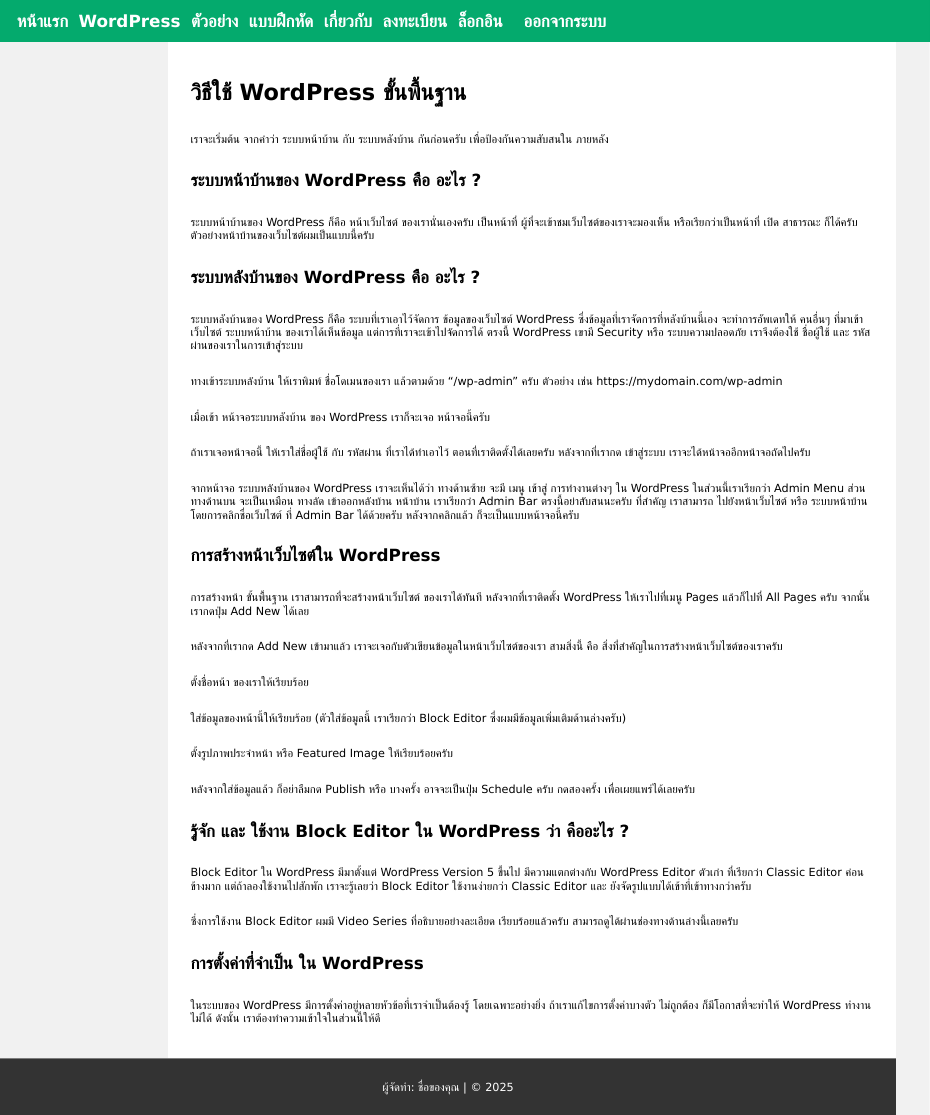
Repository: staggil/thesis
Page: lessons/js-basic.html
An editor plug-in stored every save of this project. The page is shown before and after the next save, followed by the edit.
The browser window is 1280 px wide. The page is 1328 px wide, so the pictures cover 1328 px, including what lies to the right of the window. The pictures show the part of the page from y = 0 to 1840 px (the page is 1593 px tall before and 3077 px after), at 70% of full size.
The page's requests for data from a server got no answer.

Above is the page before, as saved 2025-12-16 09:44:54.

### lessons/js-basic.html
<!DOCTYPE html>
<html lang="th">
<head>
    <meta charset="UTF-8">
    <meta name="viewport" content="width=device-width, initial-scale=1.0">
    <title>การเขียน Blog</title>
    <link rel="stylesheet" href="/style.css">
    <script src="/script.js" defer></script>
</head>
<body>

    <!-- header -->
    <div id="header-placeholder"></div>




<div class="layout">
    <!-- content -->
    <main id="main-content">
        <h1>วิธีใช้ WordPress ขั้นพื้นฐาน</h1>
        <p>เราจะเริ่มต้น จากคำว่า ระบบหน้าบ้าน กับ ระบบหลังบ้าน กันก่อนครับ เพื่อป้องกันความสับสนใน ภายหลัง</p>
        <h2>ระบบหน้าบ้านของ WordPress คือ อะไร ?</h2>
            <p>ระบบหน้าบ้านของ WordPress ก็คือ หน้าเว็บไซต์ ของเรานั่นเองครับ เป็นหน้าที่
            ผู้ที่จะเข้าชมเว็บไซต์ของเราจะมองเห็น หรือเรียกว่าเป็นหน้าที่ เปิด สาธารณะ ก็ได้ครับ ตัวอย่างหน้าบ้านของเว็บไซต์ผมเป็นแบบนี้ครับ</p>
        <h2>ระบบหลังบ้านของ WordPress คือ อะไร ?</h2>



            <p>ระบบหลังบ้านของ WordPress ก็คือ ระบบที่เราเอาไว้จัดการ ข้อมูลของเว็บไซต์ WordPress ซึ่งข้อมูลที่เราจัดการที่หลังบ้านนี้เอง
                 จะทำการอัพเดทให้ คนอื่นๆ ที่มาเข้าเว็บไซต์ ระบบหน้าบ้าน ของเราได้เห็นข้อมูล แต่การที่เราจะเข้าไปจัดการได้ ตรงนี้ WordPress
                  เขามี Security หรือ ระบบความปลอดภัย เราจึงต้องใช้ ชื่อผู้ใช้ และ รหัสผ่านของเราในการเข้าสู่ระบบ</p>


            <p>ทางเข้าระบบหลังบ้าน ให้เราพิมพ์ ชื่อโดเมนของเรา แล้วตามด้วย “/wp-admin” ครับ ตัวอย่าง เช่น https://mydomain.com/wp-admin</p>

            <p>เมื่อเข้า หน้าจอระบบหลังบ้าน ของ WordPress เราก็จะเจอ หน้าจอนี้ครับ</p>
            <p>ถ้าเราเจอหน้าจอนี้ ให้เราใส่ชื่อผู้ใช้ กับ รหัสผ่าน ที่เราได้ทำเอาไว้ ตอนที่เราติดตั้งได้เลยครับ หลังจากที่เรากด เข้าสู่ระบบ เราจะได้หน้าจออีกหน้าจอถัดไปครับ</p>
            <p>จากหน้าจอ ระบบหลังบ้านของ WordPress เราจะเห็นได้ว่า ทางด้านซ้าย จะมี เมนู เข้าสู่ การทำงานต่างๆ ใน WordPress ในส่วนนี้เราเรียกว่า Admin Menu ส่วนทางด้านบน
             จะเป็นเหมือน ทางลัด เข้าออกหลังบ้าน หน้าบ้าน เราเรียกว่า Admin Bar ตรงนี้อย่าสับสนนะครับ ที่สำคัญ เราสามารถ ไปยังหน้าเว็บไซต์ หรือ ระบบหน้าบ้าน โดยการคลิกชื่อเว็บไซต์
              ที่ Admin Bar ได้ด้วยครับ หลังจากคลิกแล้ว ก็จะเป็นแบบหน้าจอนี้ครับ</p>

            <h2>การสร้างหน้าเว็บไซต์ใน WordPress</h2>
            <p>การสร้างหน้า ขั้นพื้นฐาน เราสามารถที่จะสร้างหน้าเว็บไซต์ ของเราได้ทันที หลังจากที่เราติดตั้ง WordPress
                ให้เราไปที่เมนู Pages แล้วก็ไปที่ All Pages ครับ จากนั้น เรากดปุ่ม Add New ได้เลย</p>
            <p>หลังจากที่เรากด Add New เข้ามาแล้ว เราจะเจอกับตัวเขียนข้อมูลในหน้าเว็บไซต์ของเรา สามสิ่งนี้ คือ สิ่งที่สำคัญในการสร้างหน้าเว็บไซต์ของเราครับ</p>
            <p>ตั้งชื่อหน้า ของเราให้เรียบร้อย</p>
            <p>ใส่ข้อมูลของหน้านี้ให้เรียบร้อย (ตัวใส่ข้อมูลนี้ เราเรียกว่า Block Editor ซึ่งผมมีข้อมูลเพิ่มเติมด้านล่างครับ)</p>
            <p>ตั้งรูปภาพประจำหน้า หรือ Featured Image ให้เรียบร้อยครับ</p>
            <p>หลังจากใส่ข้อมูลแล้ว ก็อย่าลืมกด Publish หรือ บางครั้ง อาจจะเป็นปุ่ม Schedule ครับ กดสองครั้ง เพื่อเผยแพร่ได้เลยครับ</p>

            <h2>รู้จัก และ ใช้งาน Block Editor ใน WordPress ว่า คืออะไร ?</h2>
            <p>Block Editor ใน WordPress มีมาตั้งแต่ WordPress Version 5 ขึ้นไป มีความแตกต่างกับ WordPress Editor ตัวเก่า ที่เรียกว่า Classic Editor ค่อนข้างมาก
                 แต่ถ้าลองใช้งานไปสักพัก เราจะรู้เลยว่า Block Editor ใช้งานง่ายกว่า Classic Editor และ ยังจัดรูปแบบได้เข้าที่เข้าทางกว่าครับ</p>
            <p>ซึ่งการใช้งาน Block Editor ผมมี Video Series ที่อธิบายอย่างละเอียด เรียบร้อยแล้วครับ สามารถดูได้ผ่านช่องทางด้านล่างนี้เลยครับ</p>

            <h2>การตั้งค่าที่จำเป็น ใน WordPress</h2>
            <p>ในระบบของ WordPress มีการตั้งค่าอยู่หลายหัวข้อที่เราจำเป็นต้องรู้ โดยเฉพาะอย่างยิ่ง
                ถ้าเราแก้ไขการตั้งค่าบางตัว ไม่ถูกต้อง ก็มีโอกาสที่จะทำให้ WordPress ทำงานไม่ได้ ดังนั้น เราต้องทำความเข้าใจในส่วนนี้ให้ดี</p>






    </main>
</div>

    <!-- footer -->
    <div id="footer-placeholder"></div>

</body>
</html>

### style.css
body {
    margin: 0;
    font-family: Verdana, Arial, sans-serif;
    background-color: #f1f1f1;
    min-height: 100vh;
    display: flex;
    flex-direction: column;
}

.page-wrapper {
    flex: 1;
    display: flex;
    flex-direction: column;
}


.app {
    min-height: 100vh;
    display: flex;
    flex-direction: column;
}


#header-placeholder {
    background-color: #04AA6D;
    color: white;
    padding: 16px 24px;
    font-size: 24px;
    font-weight: bold;
     position: sticky;  /* หรือ fixed ก็ได้ */
    top: 0;            /* ติดด้านบน */
    z-index: 1000;     /* อยู่เหนือ content */
    width: 100%;       /* เต็มความกว้างหน้าจอ */
}

.navbar ul {
    list-style: none;
    display: flex;
    gap: 15px;
    padding: 0;
    margin: 0;
}

.navbar ul li a {
    color: white;
    text-decoration: none;
}

/* =========================
   Sidebar
   ========================= */
.layout {
    flex: 1; /* ยืดเต็ม parent */
    display: flex;
    flex-direction: column;
}

#sidebar {
     position: fixed;
    top: 64px;
    left: 0;
    width: 220px;
    height: 100vh;       /* สูงเต็มหน้าจอ */
    overflow-y: auto;    /* scroll ภายใน sidebar */
    background-color: #e7e9eb;
    padding: 16px;
    z-index: 10;

}

#sidebar ul {
    list-style: none;
    padding: 0;
}

#sidebar ul li {
    margin-bottom: 10px;
}

#sidebar ul li a {
    text-decoration: none;
    color: #333;
    display: block;
    padding: 8px;
    border-radius: 4px;
    transition: background 0.3s;
}

#sidebar ul li a:hover {
    background-color: #ddd;
}

/* =========================
   Main Content
   ========================= */
#main-content {
    flex: 1; /* ยืดเต็ม layout */
    background-color: #fff;
    padding: 32px;
    margin-left: 240px;
    display: flex;
    flex-direction: column; /* ทำให้ child quiz-container ยืดได้ */
}

/* กรณีหน้า index.html ไม่มี sidebar */
body.index #main-content {
    margin-left: 0;
    max-width: 700px;        /* กว้างเท่ากับหน้าที่มี sidebar */
    margin: 0 auto;          /* จัด content กลางหน้า */
}

/* =========================
   Footer
   ========================= */
footer {
    background-color: #333;
    color: white;
    text-align: center;
    padding: 15px;
    position: relative;
    z-index: 100; /* สูงกว่า sidebar */
}

@media screen and (max-width: 768px) {
    .layout {
        flex-direction: column;
    }

    #sidebar {
        width: 100%;
        height: auto;
        position: relative;
    }

    #main-content {
        max-width: 100%;
        padding: 15px;
    }
}


/* =========================
   Empty sidebar
   ========================= */
#sidebar.empty-sidebar {
    background-color: #fff;   /* สีเดียวกับ container */
           /* คง padding เดิมถ้าอยากให้ layoutเหมือนหน้าที่มี sidebar */
    /* อย่าแก้ width หรือ float */
}

/* หน้า login ให้ layout อยู่กลางและสวยขึ้น */
body.login-page #main-content {
    max-width: 400px;       /* กว้างแค่พอ form */
    margin: 50px auto;      /* จัดกลางแนวนอนและเว้นบน */
    padding: 20px;
    background-color: #fff; /* เหมือน container */
    border-radius: 8px;
    box-shadow: 0 0 10px rgba(0,0,0,0.1);
}



/* หน้า register ให้ layout อยู่กลางเหมือน login */
body.register-page #main-content {
    max-width: 400px;          /* กว้างพอ form */
    margin: 50px auto;         /* จัดกลางหน้า */
    padding: 20px;
    background-color: #fff;    /* เหมือน container */
    border-radius: 8px;
    box-shadow: 0 0 10px rgba(0,0,0,0.1);
}

/* =========================
   Quiz
   ========================= */
#quiz-container {
    flex: 1; /* ยืดเต็ม main-content */
    background-color: #fff;
    display: flex;
    flex-direction: column;
}

#timer {
    font-size: 18px;
    margin-bottom: 10px;
}

.choices {
    display: grid;
    grid-template-columns: 1fr 1fr;
    gap: 15px;
    margin-top: 20px;
}

.choice {
    padding: 20px;
    font-size: 18px;
    color: white;
    border: none;
    border-radius: 8px;
    cursor: pointer;
}

.choice:hover {
    opacity: 0.9;
}

.red { background-color: #e21b3c; }
.blue { background-color: #1368ce; }
.yellow { background-color: #d89e00; }
.green { background-color: #26890c; }

### script.js
function loadComponent(filePath, elementId) {
    if (!filePath) return;
    const el = document.getElementById(elementId);
    if (!el) {
        console.error(`ไม่พบ element id="${elementId}"`);
        return;
    }
    fetch(filePath)
        .then(response => {
            if (!response.ok) throw new Error("ไม่พบไฟล์ " + filePath);
            return response.text();
        })
        .then(data => {
            el.innerHTML = data;

            // หลังโหลด header ให้ตรวจสอบ session
            if (elementId === "header-placeholder") {
                updateHeaderLoginStatus();
            }
        })
        .catch(error => console.error(error));
}

// ฟังก์ชันตรวจสอบ login
function updateHeaderLoginStatus() {
    fetch("/me")
        .then(res => res.json())
        .then(user => {
            if (user.username) {
                // login แล้ว
                document.querySelectorAll(".login-only").forEach(el => el.style.display = "none");
                document.querySelectorAll(".user-only").forEach(el => el.style.display = "block");
                document.getElementById("username-display").textContent = user.fullname;

                // เพิ่ม listener logout
                const logoutLink = document.getElementById("logout-link");
                if (logoutLink) {
                    logoutLink.addEventListener("click", async (e) => {
                        e.preventDefault();
                        await fetch("/logout", { method: "POST" });
                        updateHeaderLoginStatus(); // รีเฟรชเมนู
                        window.location.href = "/login.html";
                    });
                }

            } else {
                // ยังไม่ได้ login
                document.querySelectorAll(".login-only").forEach(el => el.style.display = "block");
                document.querySelectorAll(".user-only").forEach(el => el.style.display = "none");
            }
        })
        .catch(err => console.error(err));
}

document.addEventListener("DOMContentLoaded", function() {
    loadComponent("/components/header.html", "header-placeholder");
    loadComponent("/components/footer.html", "footer-placeholder");

    const sidebarFile = document.body.getAttribute("data-sidebar");
    loadComponent(sidebarFile, "sidebar-placeholder");

    // ตรวจสอบ exercise links หลังจากโหลด header เสร็จ
    const checkExerciseLinks = () => {
        const exerciseLinks = document.querySelectorAll("a[href^='/exercises/']");
        exerciseLinks.forEach(link => {
            link.addEventListener("click", async (e) => {
                e.preventDefault();
                const res = await fetch("/me");
                const user = await res.json();
                if (!user.username) {
                    const goLogin = confirm("คุณต้อง login ก่อนเข้าแบบฝึกหัด\nไปหน้า Login ตอนนี้หรือไม่?");
                    if (goLogin) window.location.href = "/login.html";
                } else {
                    window.location.href = link.href;
                }
            });
        });
    };

    // รอ header โหลดเสร็จแล้วค่อย bind
    const headerInterval = setInterval(() => {
        if (document.getElementById("header-placeholder").children.length > 0) {
            clearInterval(headerInterval);
            checkExerciseLinks();
        }
    }, 50);
});

### components/header.html
<header>
   <nav class="navbar">
        <ul id="nav-items">
            <li><a href="/index.html">หน้าแรก</a></li>
            <li><a href="/lessons/intro.html">WordPress</a></li>
            <li><a href="/examples/draw-rect.html">ตัวอย่าง</a></li>
            <li><a href="/exercises/exercise1.html">แบบฝึกหัด</a></li>
            <li><a href="/about/about.html">เกี่ยวกับ</a></li>
            <li class="login-only"><a href="/register.html">ลงทะเบียน</a></li>
            <li class="login-only"><a href="/login.html">ล็อกอิน</a></li>
            <li class="user-only"><span id="username-display"></span></li>
            <li class="user-only"><a href="#" id="logout-link">ออกจากระบบ</a></li>
        </ul>
    </nav>
</header>

### components/footer.html
<footer>
    <p>ผู้จัดทำ: ชื่อของคุณ | © 2025</p>
</footer>

### components/sidebar.html
<aside id="sidebar">
    <ul>
        <li><a href="/lessons/intro.html">แนะนำ</a></li>
        <li><a href="/lessons/basic.html">พื้นฐาน</a></li>
        <li><a href="/lessons/js-basic.html">เขียน Blog</a></li>
        <li><a href="/lessons/canvas.html">Canvas</a></li>
        <li><a href="/lessons/game1.html">เกมตัวอย่าง</a></li>
    </ul>
</aside>

After the next save:
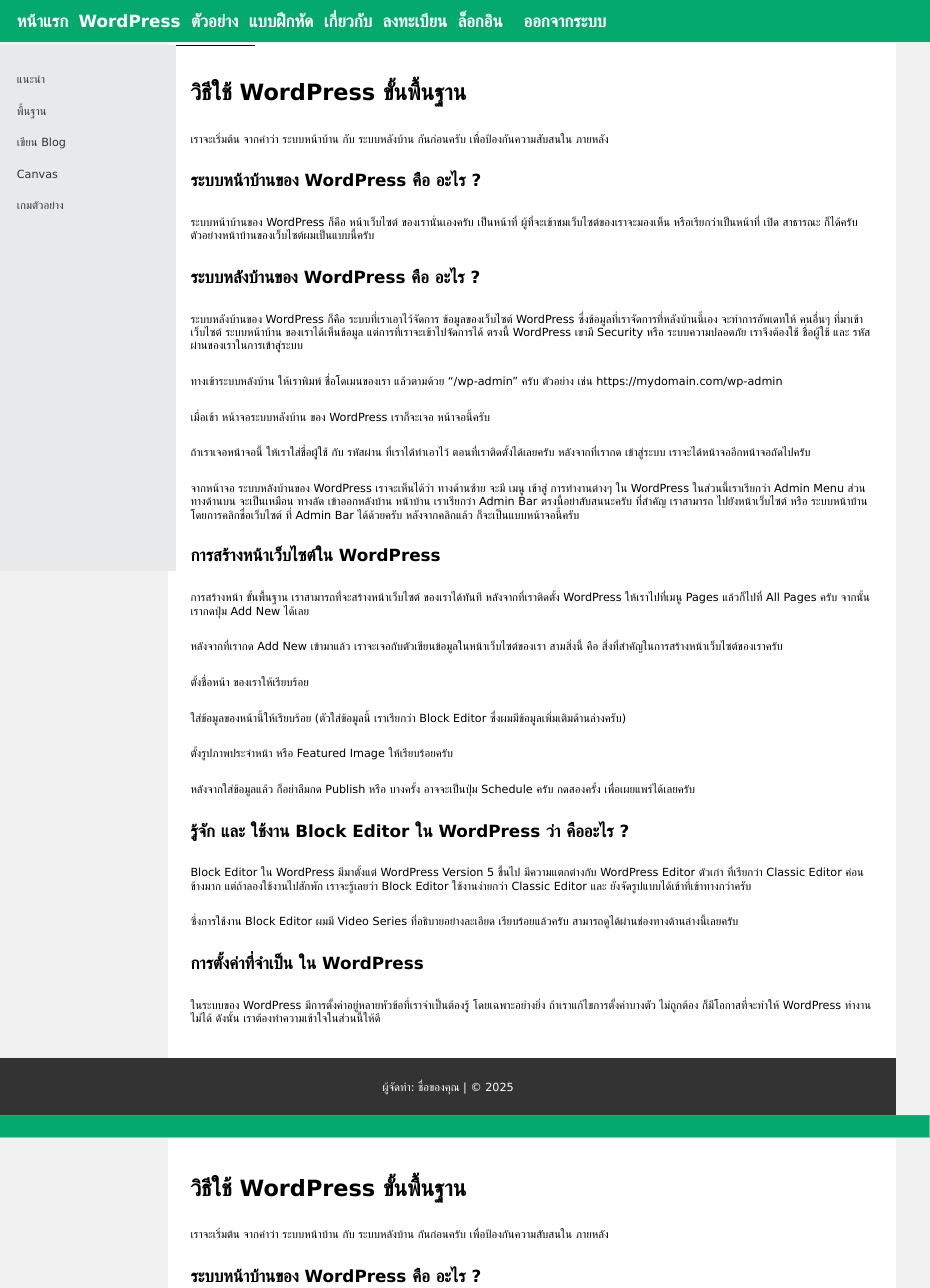
Saved 84 s later.
--- a/lessons/js-basic.html
+++ b/lessons/js-basic.html
@@ -1,3 +1,76 @@
+<!DOCTYPE html>
+<html lang="th">
+<head>
+    <meta charset="UTF-8">
+    <meta name="viewport" content="width=device-width, initial-scale=1.0">
+    <title>การเขียน Blog</title>
+    <link rel="stylesheet" href="/style.css">
+    <script src="/script.js" defer></script>
+</head>
+<body data-sidebar="/components/sidebar.html">
+
+    <!-- header -->
+    <div id="header-placeholder"></div>
+
+
+
+    <div id="sidebar-placeholder"></div>
+<div class="layout">
+    <!-- content -->
+    <main id="main-content">
+        <h1>วิธีใช้ WordPress ขั้นพื้นฐาน</h1>
+        <p>เราจะเริ่มต้น จากคำว่า ระบบหน้าบ้าน กับ ระบบหลังบ้าน กันก่อนครับ เพื่อป้องกันความสับสนใน ภายหลัง</p>
+        <h2>ระบบหน้าบ้านของ WordPress คือ อะไร ?</h2>
+            <p>ระบบหน้าบ้านของ WordPress ก็คือ หน้าเว็บไซต์ ของเรานั่นเองครับ เป็นหน้าที่
+            ผู้ที่จะเข้าชมเว็บไซต์ของเราจะมองเห็น หรือเรียกว่าเป็นหน้าที่ เปิด สาธารณะ ก็ได้ครับ ตัวอย่างหน้าบ้านของเว็บไซต์ผมเป็นแบบนี้ครับ</p>
+        <h2>ระบบหลังบ้านของ WordPress คือ อะไร ?</h2>
+
+
+
+            <p>ระบบหลังบ้านของ WordPress ก็คือ ระบบที่เราเอาไว้จัดการ ข้อมูลของเว็บไซต์ WordPress ซึ่งข้อมูลที่เราจัดการที่หลังบ้านนี้เอง
+                 จะทำการอัพเดทให้ คนอื่นๆ ที่มาเข้าเว็บไซต์ ระบบหน้าบ้าน ของเราได้เห็นข้อมูล แต่การที่เราจะเข้าไปจัดการได้ ตรงนี้ WordPress
+                  เขามี Security หรือ ระบบความปลอดภัย เราจึงต้องใช้ ชื่อผู้ใช้ และ รหัสผ่านของเราในการเข้าสู่ระบบ</p>
+
+
+            <p>ทางเข้าระบบหลังบ้าน ให้เราพิมพ์ ชื่อโดเมนของเรา แล้วตามด้วย “/wp-admin” ครับ ตัวอย่าง เช่น https://mydomain.com/wp-admin</p>
+
+            <p>เมื่อเข้า หน้าจอระบบหลังบ้าน ของ WordPress เราก็จะเจอ หน้าจอนี้ครับ</p>
+            <p>ถ้าเราเจอหน้าจอนี้ ให้เราใส่ชื่อผู้ใช้ กับ รหัสผ่าน ที่เราได้ทำเอาไว้ ตอนที่เราติดตั้งได้เลยครับ หลังจากที่เรากด เข้าสู่ระบบ เราจะได้หน้าจออีกหน้าจอถัดไปครับ</p>
+            <p>จากหน้าจอ ระบบหลังบ้านของ WordPress เราจะเห็นได้ว่า ทางด้านซ้าย จะมี เมนู เข้าสู่ การทำงานต่างๆ ใน WordPress ในส่วนนี้เราเรียกว่า Admin Menu ส่วนทางด้านบน
+             จะเป็นเหมือน ทางลัด เข้าออกหลังบ้าน หน้าบ้าน เราเรียกว่า Admin Bar ตรงนี้อย่าสับสนนะครับ ที่สำคัญ เราสามารถ ไปยังหน้าเว็บไซต์ หรือ ระบบหน้าบ้าน โดยการคลิกชื่อเว็บไซต์
+              ที่ Admin Bar ได้ด้วยครับ หลังจากคลิกแล้ว ก็จะเป็นแบบหน้าจอนี้ครับ</p>
+
+            <h2>การสร้างหน้าเว็บไซต์ใน WordPress</h2>
+            <p>การสร้างหน้า ขั้นพื้นฐาน เราสามารถที่จะสร้างหน้าเว็บไซต์ ของเราได้ทันที หลังจากที่เราติดตั้ง WordPress
+                ให้เราไปที่เมนู Pages แล้วก็ไปที่ All Pages ครับ จากนั้น เรากดปุ่ม Add New ได้เลย</p>
+            <p>หลังจากที่เรากด Add New เข้ามาแล้ว เราจะเจอกับตัวเขียนข้อมูลในหน้าเว็บไซต์ของเรา สามสิ่งนี้ คือ สิ่งที่สำคัญในการสร้างหน้าเว็บไซต์ของเราครับ</p>
+            <p>ตั้งชื่อหน้า ของเราให้เรียบร้อย</p>
+            <p>ใส่ข้อมูลของหน้านี้ให้เรียบร้อย (ตัวใส่ข้อมูลนี้ เราเรียกว่า Block Editor ซึ่งผมมีข้อมูลเพิ่มเติมด้านล่างครับ)</p>
+            <p>ตั้งรูปภาพประจำหน้า หรือ Featured Image ให้เรียบร้อยครับ</p>
+            <p>หลังจากใส่ข้อมูลแล้ว ก็อย่าลืมกด Publish หรือ บางครั้ง อาจจะเป็นปุ่ม Schedule ครับ กดสองครั้ง เพื่อเผยแพร่ได้เลยครับ</p>
+
+            <h2>รู้จัก และ ใช้งาน Block Editor ใน WordPress ว่า คืออะไร ?</h2>
+            <p>Block Editor ใน WordPress มีมาตั้งแต่ WordPress Version 5 ขึ้นไป มีความแตกต่างกับ WordPress Editor ตัวเก่า ที่เรียกว่า Classic Editor ค่อนข้างมาก
+                 แต่ถ้าลองใช้งานไปสักพัก เราจะรู้เลยว่า Block Editor ใช้งานง่ายกว่า Classic Editor และ ยังจัดรูปแบบได้เข้าที่เข้าทางกว่าครับ</p>
+            <p>ซึ่งการใช้งาน Block Editor ผมมี Video Series ที่อธิบายอย่างละเอียด เรียบร้อยแล้วครับ สามารถดูได้ผ่านช่องทางด้านล่างนี้เลยครับ</p>
+
+            <h2>การตั้งค่าที่จำเป็น ใน WordPress</h2>
+            <p>ในระบบของ WordPress มีการตั้งค่าอยู่หลายหัวข้อที่เราจำเป็นต้องรู้ โดยเฉพาะอย่างยิ่ง
+                ถ้าเราแก้ไขการตั้งค่าบางตัว ไม่ถูกต้อง ก็มีโอกาสที่จะทำให้ WordPress ทำงานไม่ได้ ดังนั้น เราต้องทำความเข้าใจในส่วนนี้ให้ดี</p>
+
+
+
+
+
+
+    </main>
+</div>
+
+    <!-- footer -->
+    <div id="footer-placeholder"></div>
+
+</body>
+</html>
 <!DOCTYPE html>
 <html lang="th">
 <head>
